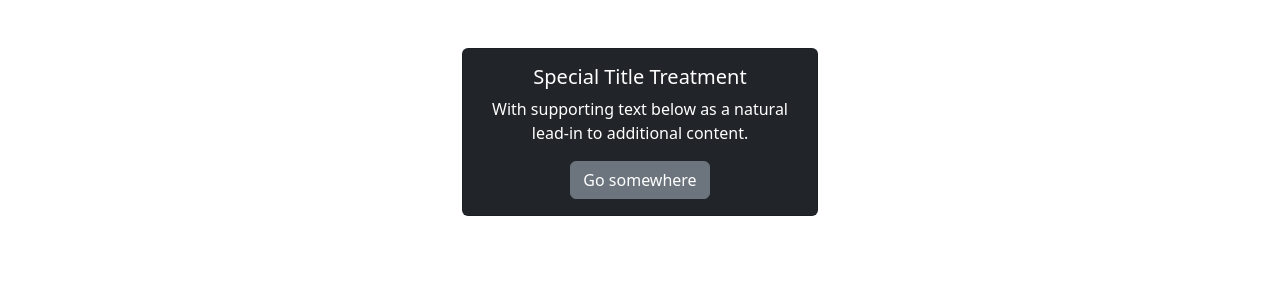
Repository: Rohit1995K/React-redux
Page: /
These files come from the project's save history. The page is drawn as it stood at one moment and after the next save; the edit follows.
The browser window is 1280 px wide. The pictures show the whole page.
The project was rebuilt for these pictures with package versions that can differ from the ones it lists, and the page was loaded fresh each time. Also part of the build but not shown: src/Components/CartItem.js, src/Containers/CartContainer.js, src/Components/Navbar.js.

Above is the page before, as saved 2022-10-23 23:40:21.

### src/App.js
import './App.css';
import 'bootstrap/dist/css/bootstrap.min.css';
import CartContainer from './Containers/CartContainer';
import Navbar from './Components/Navbar';
import Login from './Components/Login/Login';

function App() {
  return (
    <div className="App">
        <Login />
        {/* <CartContainer /> */}
    </div>
  );
}

export default App;

### src/Services/Reducers/index.js
import {combineReducers} from 'redux'
import cardItems from "./reducer";

export default combineReducers({
    cardItems
});

### src/Components/Login/Login.js
import React from "react";
import { Card,CardBody,CardTitle,CardText,Button } from "reactstrap";


const Login = () => {

    return (
        <div className="container">
        <div className="row">
            <div className="offset-md-4 col-md-4">
                <Card className="mt-5" color="dark" inverse>
                    <CardBody>
                        <CardTitle tag="h5">
                            Special Title Treatment
                        </CardTitle>
                        <CardText>
                            With supporting text below as a natural lead-in to additional content.
                        </CardText>
                        <Button>
                            Go somewhere
                        </Button>
                    </CardBody>
                </Card>
            </div>
        </div>
        </div>
    )
}

export default Login;

### src/Services/Reducers/reducer.js
// import { ADD_TO_CART, REMOVE_FROM_CART } from "../Constant";
import { createSlice } from "@reduxjs/toolkit";
import cardItems from "../../cartItems";

const initialState = {
    cardData : cardItems,
    amount:4,
    total:0,
    isLoader:true
}

const cartSlice = createSlice({
    name: 'cart',
    initialState,
    reducers: {
        clearCart: (state) => {
            state.cardData = []
        },
        removeItem: (state, action) => {
            const itemId = action.payload;
            state.cardData = state.cardData.filter((item) =>
            item.id !== itemId);
        },
        increase: (state, {payload}) => {
            const cardItem = state.cardData.find((item) => item.id === payload.id);
            cardItem.amount = cardItem.amount + 1;
        },
        decrease: (state, {payload}) => {
            const cardItem = state.cardData.find((item) => item.id === payload.id);
            cardItem.amount = cardItem.amount - 1;
        },
    }
})

export const { clearCart , removeItem} = cartSlice.actions;
export default cartSlice.reducer;

### src/cartItems.js
const cartItems = [
    {
        id:'1',
        title:'iphone',
        price:'4000',
        amount:1
    },
    {
        id:'2',
        title:'samsung',
        price:'3500',
        amount:1
    },
    {
        id:'3',
        title:'oneplus',
        price:'3000',
        amount:1
    },
    {
        id:'4',
        title:'Redmi',
        price:'2000',
        amount:1
    },
    {
        id:'5',
        title:'Oppo',
        price:'2500',
        amount:1
    }
]

export default cartItems;

Loaded but not shown: public/index.html (common file); src/index.js (common file); src/index.css (common file); src/reportWebVitals.js (common file); src/App.css (common file)

After the next save:
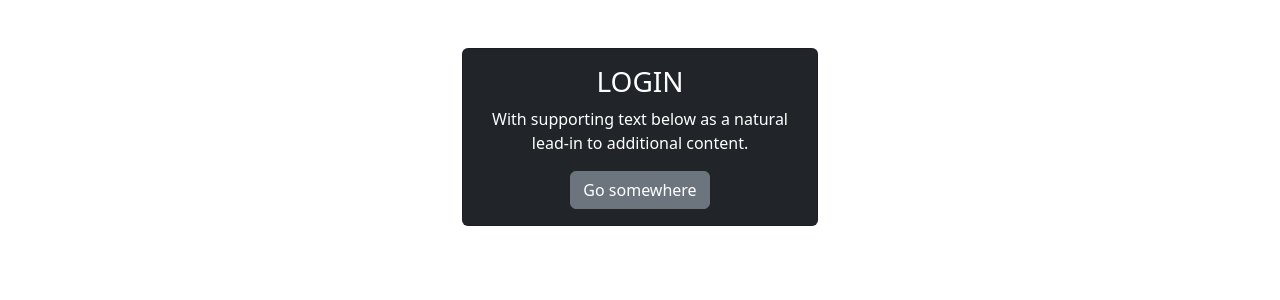
Saved 4 min 56 s later.
--- a/src/Components/Login/Login.js
+++ b/src/Components/Login/Login.js
@@ -10,8 +10,8 @@ const Login = () => {
             <div className="offset-md-4 col-md-4">
                 <Card className="mt-5" color="dark" inverse>
                     <CardBody>
-                        <CardTitle tag="h5">
-                            Special Title Treatment
+                        <CardTitle tag="h3">
+                            LOGIN
                         </CardTitle>
                         <CardText>
                             With supporting text below as a natural lead-in to additional content.
